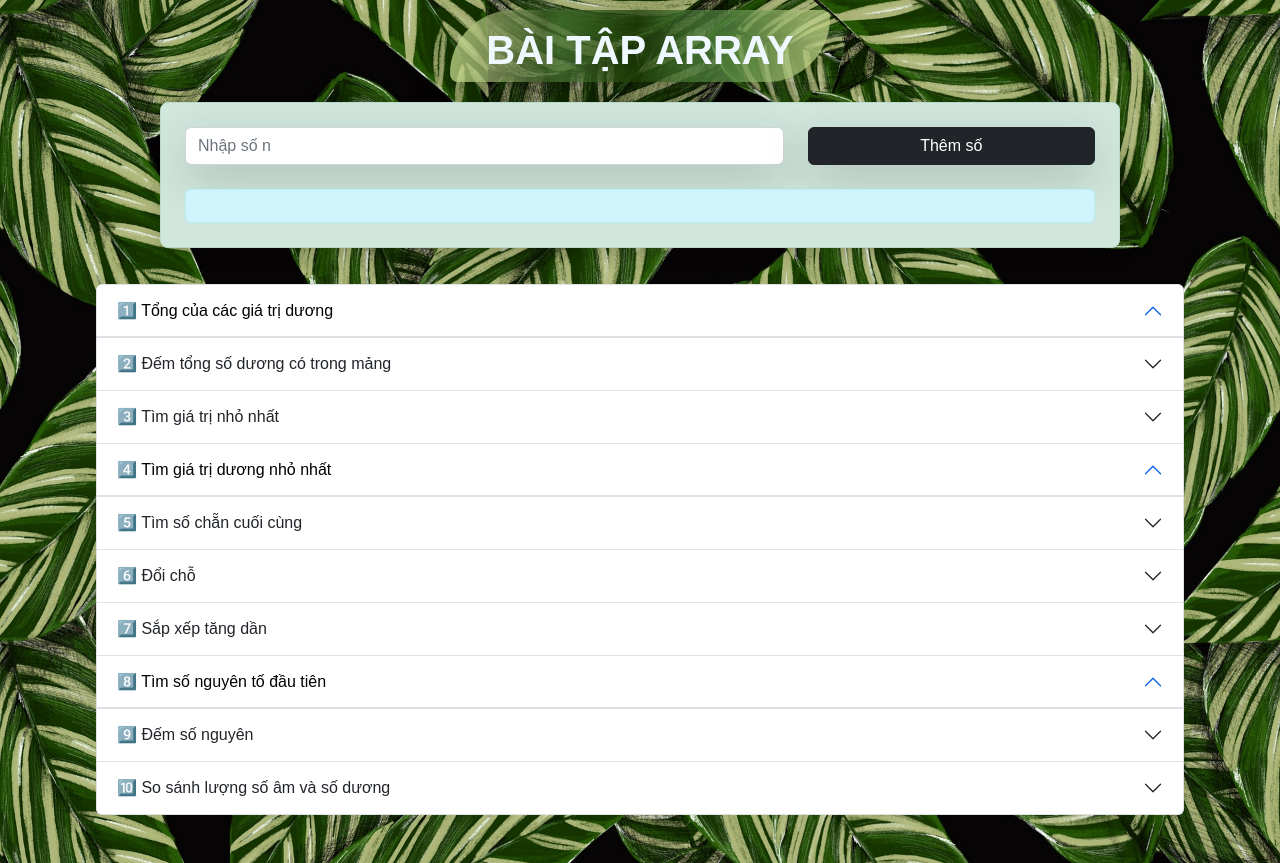
Repository: hcozyph/TranHuuPhuoc_BC43_BT_JS_Buoi7_8_ARRAY
Page: index.html
These files come from the project's save history. The page is drawn as it stood at one moment and after the next save; the edit follows.
The browser window is 1280 px wide. The pictures show the whole page.
Backgrounds fixed to the window are drawn as part of the page.

Above is the page before, as saved 2023-02-26 12:59:42.

After the next save:
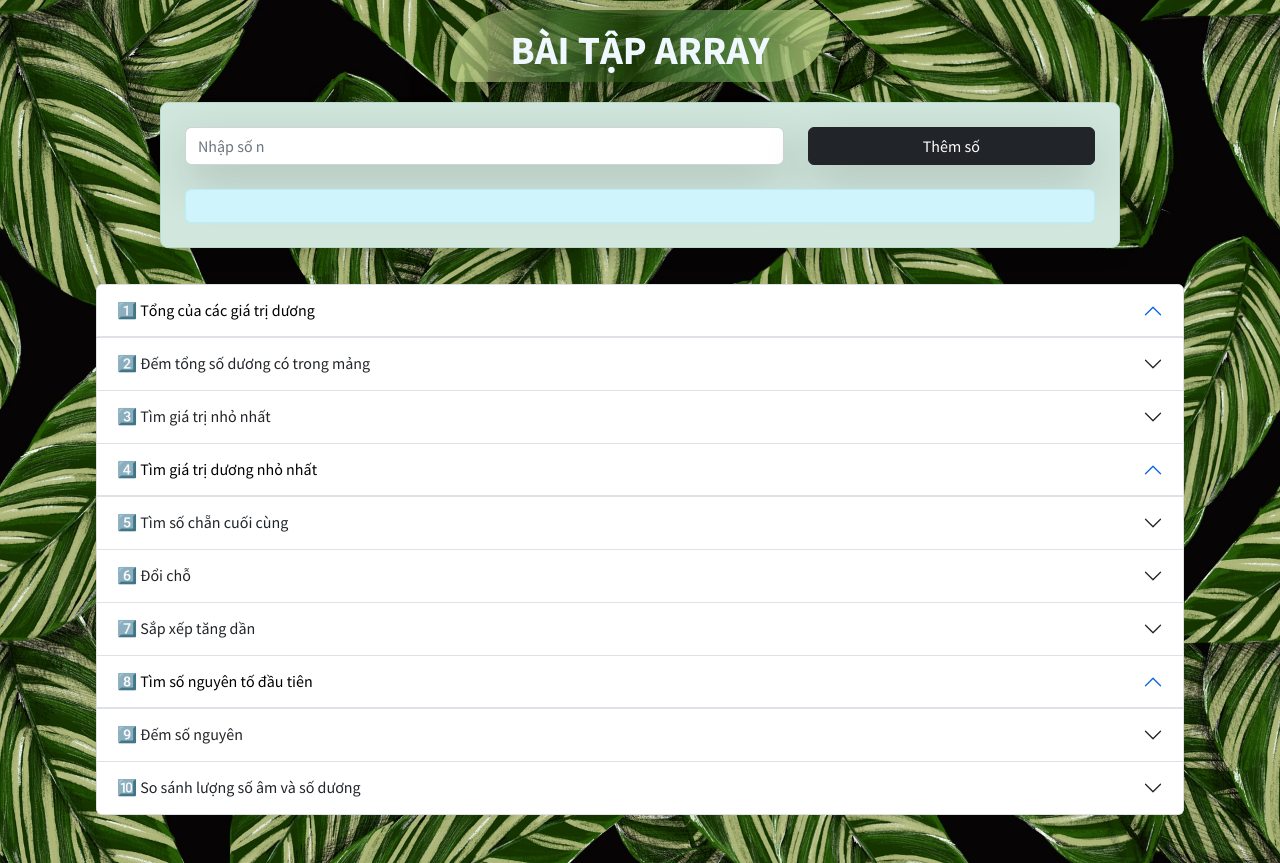
Saved 15 s later.
--- a/css/index.css
+++ b/css/index.css
@@ -2,7 +2,7 @@
     margin: 0;
     padding: 0;
     box-sizing: border-box;
-    font-family: "Golos Text", sans-serif;
+    font-family: "Source Sans Pro", sans-serif;
 }
 
 .container {
